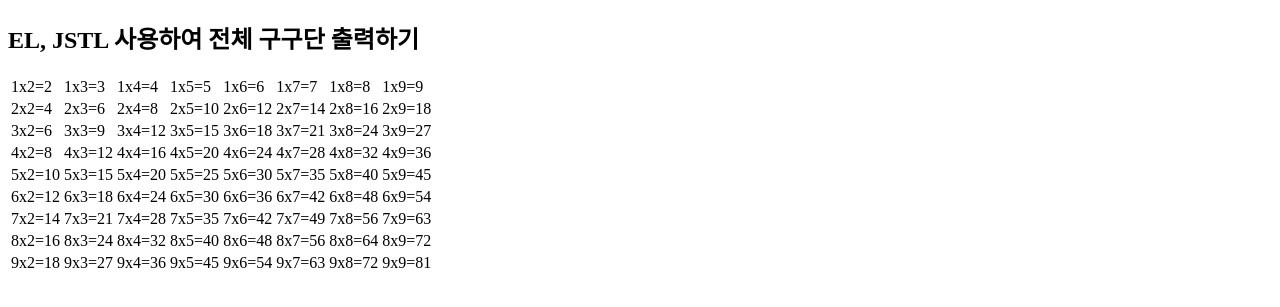
Repository: nobley3/EclipseIDE
Page: http://localhost/ELprj0908실습/quiz7
These files come from the project's save history. The page is drawn as it stood at one moment and after the next save; the edit follows.
The browser window is 1280 px wide. The pictures show the whole page.
The page is served by Tomcat 9.

Above is the page before, as saved 2023-09-08 06:21:46.

After the next save:
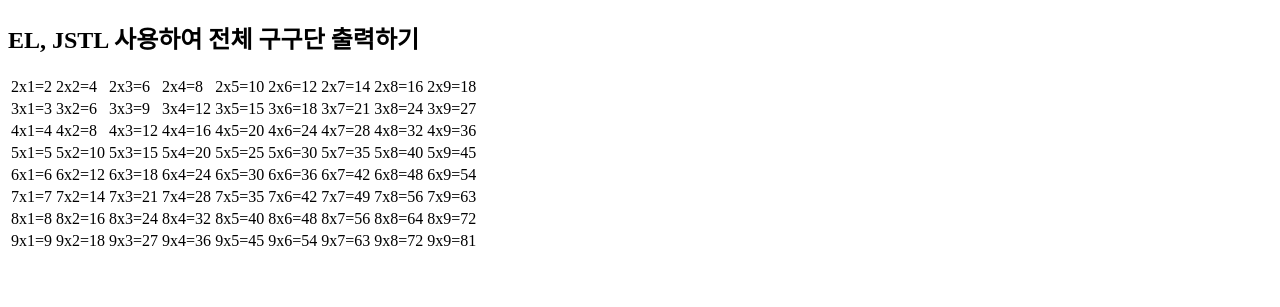
Saved 13 s later.
--- a/ELprj0908실습/src/main/webapp/WEB-INF/views/quiz7.jsp
+++ b/ELprj0908실습/src/main/webapp/WEB-INF/views/quiz7.jsp
@@ -11,9 +11,9 @@
 <h2>EL, JSTL 사용하여 전체 구구단 출력하기 </h2>
 
 <table>
-<c:forEach var="i" begin="1" end="9">
+<c:forEach var="i" begin="2" end="9">
 <tr>
-<c:forEach var="j" begin="2" end="9">
+<c:forEach var="j" begin="1" end="9">
 
 <td>${i}x${j}=${i*j}</td>
 </c:forEach>
